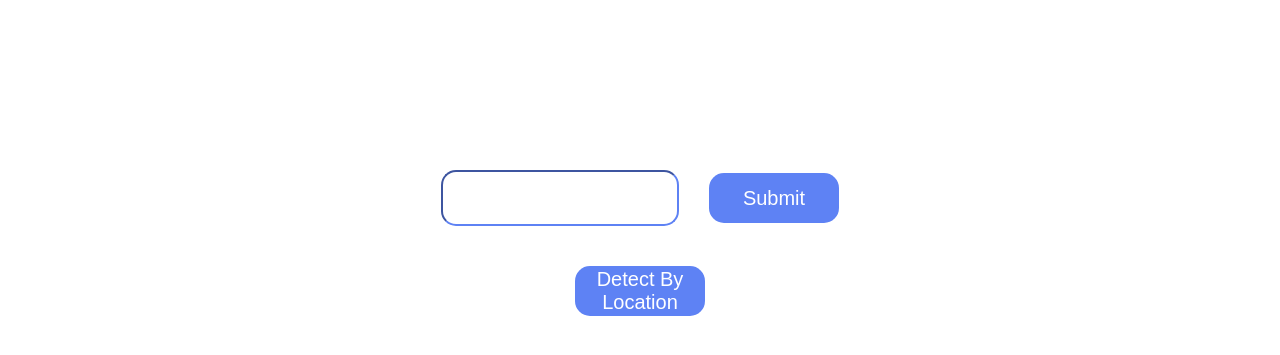
Repository: ahmedazawi/weather-app
Page: /
These files come from the project's save history. The page is drawn as it stood at one moment and after the next save; the edit follows.
The browser window is 1280 px wide. The pictures show the whole page.
The project was rebuilt for these pictures with package versions that can differ from the ones it lists, and the page was loaded fresh each time. Also part of the build but not shown: src/layout/Header.js, src/assets/css/details.css, src/assets/data/ContextApi.js, src/assets/css/SevenDaysCards.css, src/components/card.js, src/components/SevenDaysCards.js, src/assets/data/Api.js, src/components/Map.js and 2 more.

Above is the page before, as saved 2022-11-30 22:41:00.

After the next save:
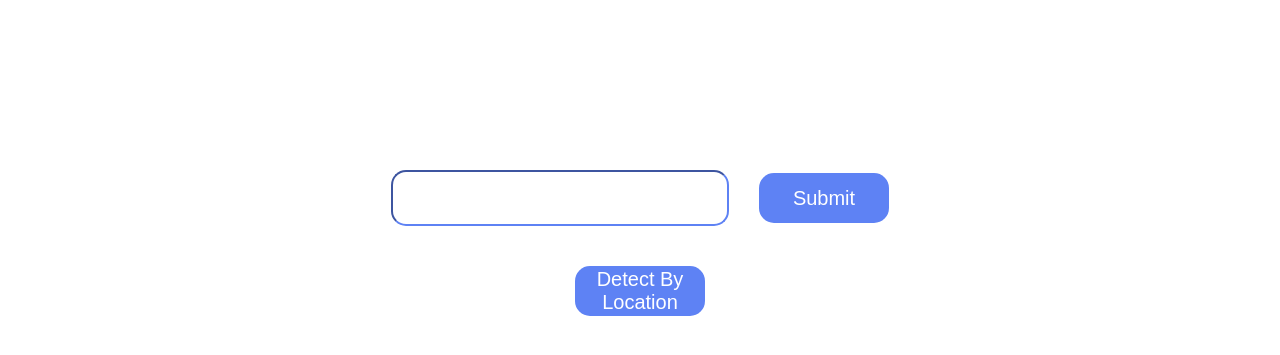
Saved 16 s later.
--- a/src/App.css
+++ b/src/App.css
@@ -38,5 +38,5 @@ body {
   border-color: var(--primaryColor);
   border-radius: 15px;
   height: 50px;
-  width: 230px;
+  width: 330px;
 }
